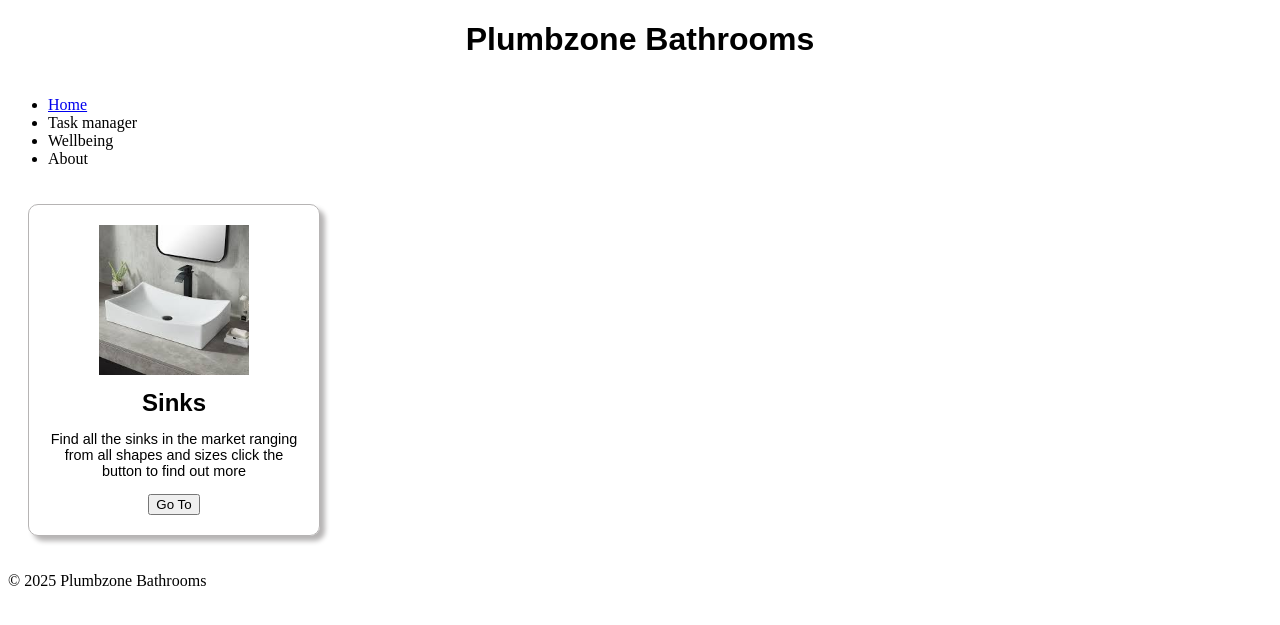
Repository: ziarahman112/react-practice
Page: / (app in Website/)
These files come from the project's save history. The page is drawn as it stood at one moment and after the next save; the edit follows.
The browser window is 1280 px wide. The pictures show the whole page.
The project was rebuilt for these pictures with package versions that can differ from the ones it lists, and the page was loaded fresh each time. Also part of the build but not shown: Website/vite.config.js.

Above is the page before, as saved 2025-07-05 03:18:11.

After the next save:
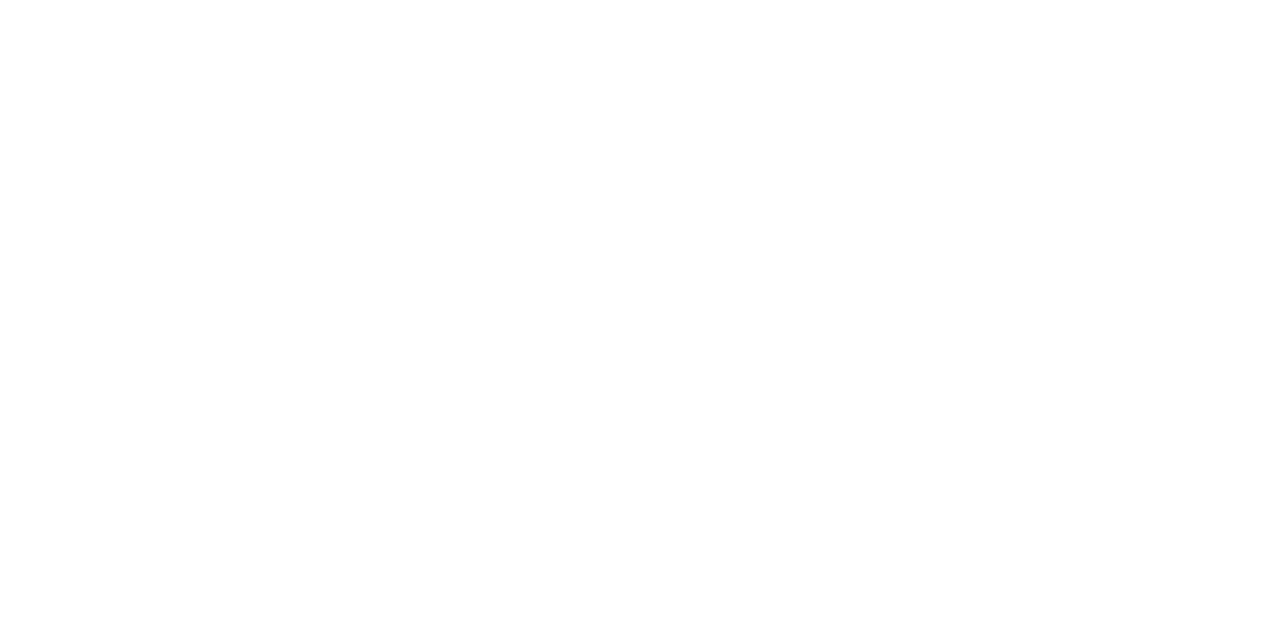
Console error: TypeError: Cannot set properties of null (setting 'onclick')
Saved 4 min 31 s later.
--- a/Website/src/Card.jsx
+++ b/Website/src/Card.jsx
@@ -1,12 +1,17 @@
 import sink from './assets/sink.jpeg';
+
+
 function Card(){
-
+const b = document.getElementById("button");
+b.onclick = function() {
+window.location.href = "https://www.google.com/search?q=sinks&tbm=shop"; // Redirects to Google search for sinks
+}
     return(
         <div className="card">
             <img className='card-image' src = {sink} alt ="Sinks"></img>
             <h2 className='card-title'> Sinks</h2>
             <p className='card-p'>Find all the sinks in the market ranging from all shapes and sizes click the button to find out more</p>
-            <button className='class-button'>Go To</button>
+            <button id="button" className='class-button'>Go To {}</button>
         </div>
     );
 }

After the 6 saves that followed:
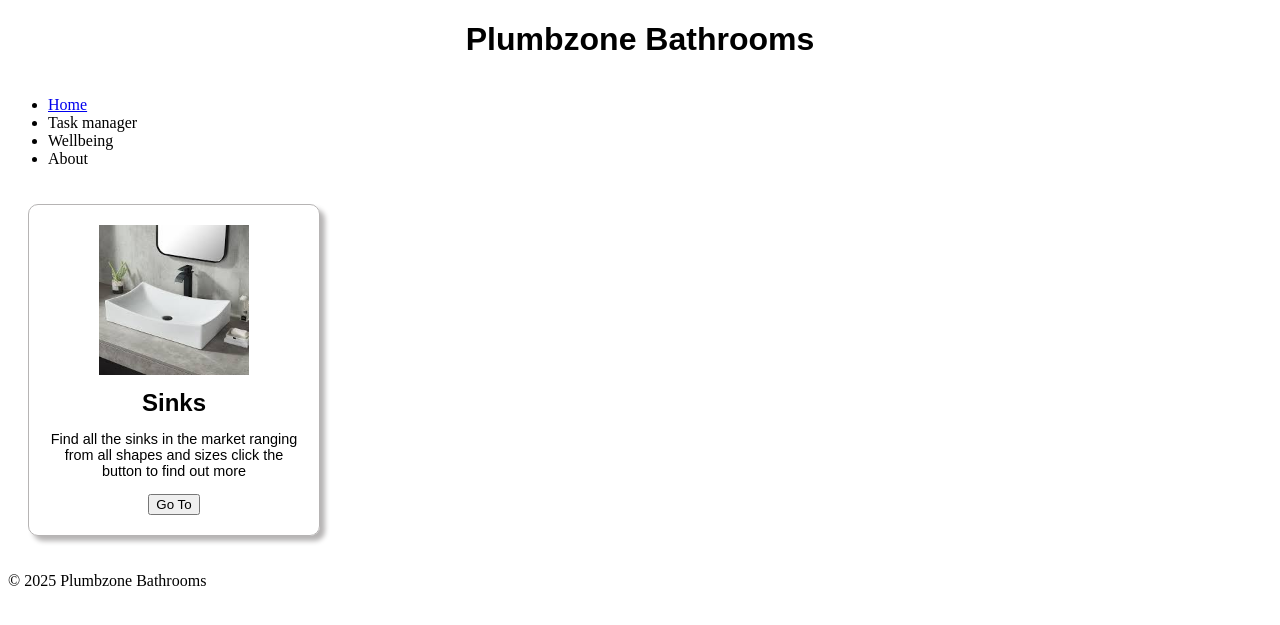
The error is gone.
The 6 saves are shown as one change because 1 did not build or start and 4 left the picture as it was.
The last was saved 10 min 21 s later.
--- a/Website/src/Card.jsx
+++ b/Website/src/Card.jsx
@@ -2,8 +2,9 @@
 
 
 function Card(){
-const b = document.getElementById("button");
-b.onclick = function() {
+
+
+let b = function() {
 window.location.href = "https://www.google.com/search?q=sinks&tbm=shop"; // Redirects to Google search for sinks
 }
     return(
@@ -11,7 +12,7 @@
             <img className='card-image' src = {sink} alt ="Sinks"></img>
             <h2 className='card-title'> Sinks</h2>
             <p className='card-p'>Find all the sinks in the market ranging from all shapes and sizes click the button to find out more</p>
-            <button id="button" className='class-button'>Go To {}</button>
+            <button id="button" className='class-button' onClick = {b} >Go To  </button>
         </div>
     );
 }
